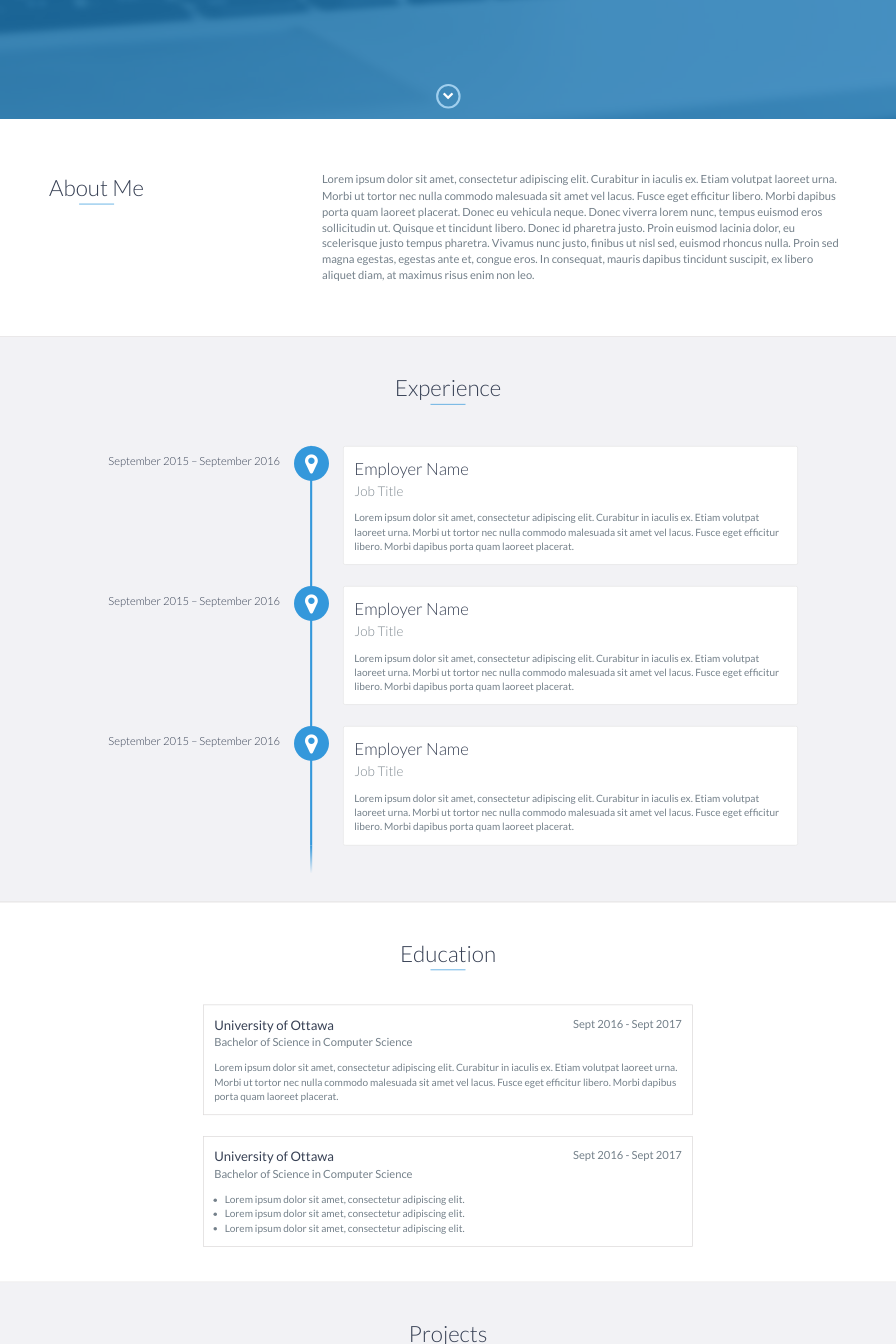
Repository: Legacy477/CS-499-Portfolio
Page: index.html
These files come from the project's save history. The page is drawn as it stood at one moment and after the next save; the edit follows.
The browser window is 1280 px wide. The pictures show the part of the page from y = 550 to 2470 px (the page is 4137 px tall before and 4053 px after), at 70% of full size.

Above is the page before, as saved 2025-05-25 19:27:54.

### index.html
<!DOCTYPE html>
<html class="no-js" lang="en">

<head>
    <meta charset="utf-8">
    <meta http-equiv="X-UA-Compatible" content="IE=edge">
    <meta name="viewport" content="width=device-width, initial-scale=1">
    <title>My Portfolio</title>
	<link rel="shortcut icon" href="favicon.ico" type="image/x-icon">
	<link rel="icon" href="favicon.ico" type="image/x-icon">
    <link href="https://fonts.googleapis.com/css?family=Lato:300,400,700,900" rel="stylesheet">
    <link rel="stylesheet" href="libs/font-awesome/css/font-awesome.min.css">
    <link href="css/bootstrap.min.css" rel="stylesheet">
    <link href="css/styles.css" rel="stylesheet">
</head>

<body>
    <div id="mobile-menu-open" class="shadow-large">
        <i class="fa fa-bars" aria-hidden="true"></i>
    </div>
    <!-- End #mobile-menu-toggle -->
    <header>
        <div id="mobile-menu-close">
            <span>Close</span> <i class="fa fa-times" aria-hidden="true"></i>
        </div>
        <ul id="menu" class="shadow">
            <li>
                <a href="#about">About</a>
            </li>
            <li>
                <a href="#experience">Experience</a>
            </li>
            <li>
                <a href="#education">Education</a>
            </li>
            <li>
                <a href="#projects">Projects</a>
            </li>
            <li>
                <a href="#skills">Skills</a>
            </li>
            <li>
                <a href="#contact">Contact</a>
            </li>
        </ul>
    </header>
    <!-- End header -->

    <div id="lead">
        <div id="lead-content">
            <h1>Brenden Choate</h1>
            <h2>Software Engineer</h2>
            <a href="#" class="btn-rounded-white">Download Resume</a>
        </div>
        <!-- End #lead-content -->

        <div id="lead-overlay"></div>

        <div id="lead-down">
            <span>
                <i class="fa fa-chevron-down" aria-hidden="true"></i>
            </span>
        </div>
        <!-- End #lead-down -->
    </div>
    <!-- End #lead -->

    <div id="about">
        <div class="container">
            <div class="row">
                <div class="col-md-4">
                    <h2 class="heading">About Me</h2>
                </div>
                <div class="col-md-8">
                    <p>
                        Lorem ipsum dolor sit amet, consectetur adipiscing elit. Curabitur in iaculis ex. Etiam volutpat laoreet urna. Morbi ut tortor nec nulla commodo malesuada sit amet vel lacus. Fusce eget efficitur libero. Morbi dapibus porta quam laoreet placerat. Donec
                        eu vehicula neque. Donec viverra lorem nunc, tempus euismod eros sollicitudin ut. Quisque et tincidunt libero. Donec id pharetra justo. Proin euismod lacinia dolor, eu scelerisque justo tempus pharetra. Vivamus nunc justo, finibus
                        ut nisl sed, euismod rhoncus nulla. Proin sed magna egestas, egestas ante et, congue eros. In consequat, mauris dapibus tincidunt suscipit, ex libero aliquet diam, at maximus risus enim non leo.
                    </p>
                </div>
            </div>
        </div>
    </div>
    <!-- End #about -->

    <div id="experience" class="background-alt">
        <h2 class="heading">Experience</h2>
        <div id="experience-timeline">
            <div data-date="September 2015 – September 2016">
                <h3>Employer Name</h3>
                <h4>Job Title</h4>
                <p>
                    Lorem ipsum dolor sit amet, consectetur adipiscing elit. Curabitur in iaculis ex. Etiam volutpat laoreet urna. Morbi ut tortor nec nulla commodo malesuada sit amet vel lacus. Fusce eget efficitur libero. Morbi dapibus porta quam laoreet placerat.
                </p>
            </div>

            <div data-date="September 2015 – September 2016">
                <h3>Employer Name</h3>
                <h4>Job Title</h4>
                <p>
                    Lorem ipsum dolor sit amet, consectetur adipiscing elit. Curabitur in iaculis ex. Etiam volutpat laoreet urna. Morbi ut tortor nec nulla commodo malesuada sit amet vel lacus. Fusce eget efficitur libero. Morbi dapibus porta quam laoreet placerat.
                </p>
            </div>

            <div data-date="September 2015 – September 2016">
                <h3>Employer Name</h3>
                <h4>Job Title</h4>
                <p>
                    Lorem ipsum dolor sit amet, consectetur adipiscing elit. Curabitur in iaculis ex. Etiam volutpat laoreet urna. Morbi ut tortor nec nulla commodo malesuada sit amet vel lacus. Fusce eget efficitur libero. Morbi dapibus porta quam laoreet placerat.
                </p>
            </div>
        </div>
    </div>
    <!-- End #experience -->

    <div id="education">
        <h2 class="heading">Education</h2>
        <div class="education-block">
            <h3>University of Ottawa</h3>
            <span class="education-date">Sept 2016 - Sept 2017</span>
            <h4>Bachelor of Science in Computer Science</h4>
            <p>
                Lorem ipsum dolor sit amet, consectetur adipiscing elit. Curabitur in iaculis ex. Etiam volutpat laoreet urna. Morbi ut tortor nec nulla commodo malesuada sit amet vel lacus. Fusce eget efficitur libero. Morbi dapibus porta quam laoreet placerat.
            </p>
        </div>
        <!-- End .education-block -->

        <div class="education-block">
            <h3>University of Ottawa</h3>
            <span class="education-date">Sept 2016 - Sept 2017</span>
            <h4>Bachelor of Science in Computer Science</h4>
            <ul>
                <li>
                    Lorem ipsum dolor sit amet, consectetur adipiscing elit.
                </li>
                <li>
                    Lorem ipsum dolor sit amet, consectetur adipiscing elit.
                </li>
                <li>
                    Lorem ipsum dolor sit amet, consectetur adipiscing elit.
                </li>
            </ul>
        </div>
        <!-- End .education-block -->
    </div>
    <!-- End #education -->

    <div id="projects" class="background-alt">
        <h2 class="heading">Projects</h2>
        <div class="container">
            <div class="row">
                <div class="project shadow-large">
                    <div class="project-image">
                        <img src="images/project.jpg" />
                    </div>
                    <!-- End .project-image -->
                    <div class="project-info">
                        <h3>Project Name Here</h3>
                        <p>
                            Lorem ipsum dolor sit amet, consectetur adipiscing elit. Curabitur in iaculis ex. Etiam volutpat laoreet urna. Morbi ut tortor nec nulla commodo malesuada sit amet vel lacus. Fusce eget efficitur libero. Morbi dapibus porta quam laoreet placerat.
                        </p>
                        <a href="#">View Project</a>
                    </div>
                    <!-- End .project-info -->
                </div>
                <!-- End .project -->

                <div class="project shadow-large">
                    <div class="project-image">
                        <img src="images/project.jpg" />
                    </div>
                    <!-- End .project-image -->
                    <div class="project-info">
                        <h3>Project Name Here</h3>
                        <p>
                            Lorem ipsum dolor sit amet, consectetur adipiscing elit. Curabitur in iaculis ex. Etiam volutpat laoreet urna. Morbi ut tortor nec nulla commodo malesuada sit amet vel lacus. Fusce eget efficitur libero. Morbi dapibus porta quam laoreet placerat.
                        </p>
                        <a href="#">View Project</a>
                    </div>
                    <!-- End .project-info -->
                </div>
                <!-- End .project -->
            </div>
        </div>
    </div>
    <!-- End #projects -->

    <div id="skills">
        <h2 class="heading">Skills</h2>
        <ul>
            <li>JavaScript</li>
            <li>Python</li>
            <li>Ruby</li>
            <li>Go</li>
            <li>Node.js</li>
            <li>AngularJs</li>
            <li>React</li>
            <li>Elixir</li>
            <li>Java</li>
            <li>C</li>
            <li>C#</li>
            <li>C++</li>
            <li>Ruby on Rails</li>
            <li>JavaScript</li>
            <li>Python</li>
            <li>Ruby</li>
            <li>Go</li>
            <li>Node.js</li>
            <li>AngularJs</li>
            <li>React</li>
            <li>Elixir</li>
            <li>Java</li>
            <li>C</li>
            <li>C#</li>
            <li>C++</li>
            <li>Ruby on Rails</li>
        </ul>
    </div>
    <!-- End #skills -->

    <div id="contact">
        <h2>Get in Touch</h2>
        <div id="contact-form">
            <form method="POST" action="https://formspree.io/email@email.com">
                <input type="hidden" name="_subject" value="Contact request from personal website" />
                <input type="email" name="_replyto" placeholder="Your email" required>
                <textarea name="message" placeholder="Your message" required></textarea>
                <button type="submit">Send</button>
            </form>
        </div>
        <!-- End #contact-form -->
    </div>
    <!-- End #contact -->

    <footer>
        <div class="container">
            <div class="row">
                <div class="col-sm-5 copyright">
                    <p>
                        Copyright &copy; <span id="current-year">2022</span> YOUR NAME
                    </p>
                </div>
                <div class="col-sm-2 top">
                    <span id="to-top">
                        <i class="fa fa-chevron-up" aria-hidden="true"></i>
                    </span>
                </div>
                <div class="col-sm-5 social">
                    <ul>
                        <li>
                            <a href="https://github.com/" target="_blank"><i class="fa fa-github" aria-hidden="true"></i></a>
                        </li>
                        <li>
                            <a href="https://stackoverflow.com/" target="_blank"><i class="fa fa-stack-overflow" aria-hidden="true"></i></a>
                        </li>
                        <li>
                            <a href="https://linkedin.com/" target="_blank"><i class="fa fa-linkedin" aria-hidden="true"></i></a>
                        </li>
                        <li>
                            <a href="https://www.facebook.com/" target="_blank"><i class="fa fa-facebook" aria-hidden="true"></i></a>
                        </li>
                        <li>
                            <a href="https://twitter.com/" target="_blank"><i class="fa fa-twitter" aria-hidden="true"></i></a>
                        </li>
                        <li>
                            <a href="https://plus.google.com/" target="_blank"><i class="fa fa-google-plus" aria-hidden="true"></i></a>
                        </li>
                    </ul>
                </div>
            </div>
        </div>
    </footer>
    <!-- End footer -->

    <script src="https://ajax.googleapis.com/ajax/libs/jquery/1.12.4/jquery.min.js"></script>
    <script src="js/scripts.min.js"></script>
</body>

</html>

Loaded but not shown: libs/font-awesome/css/font-awesome.min.css (library); css/bootstrap.min.css (library); css/styles.css (library); js/scripts.min.js (common file)

After the next save:
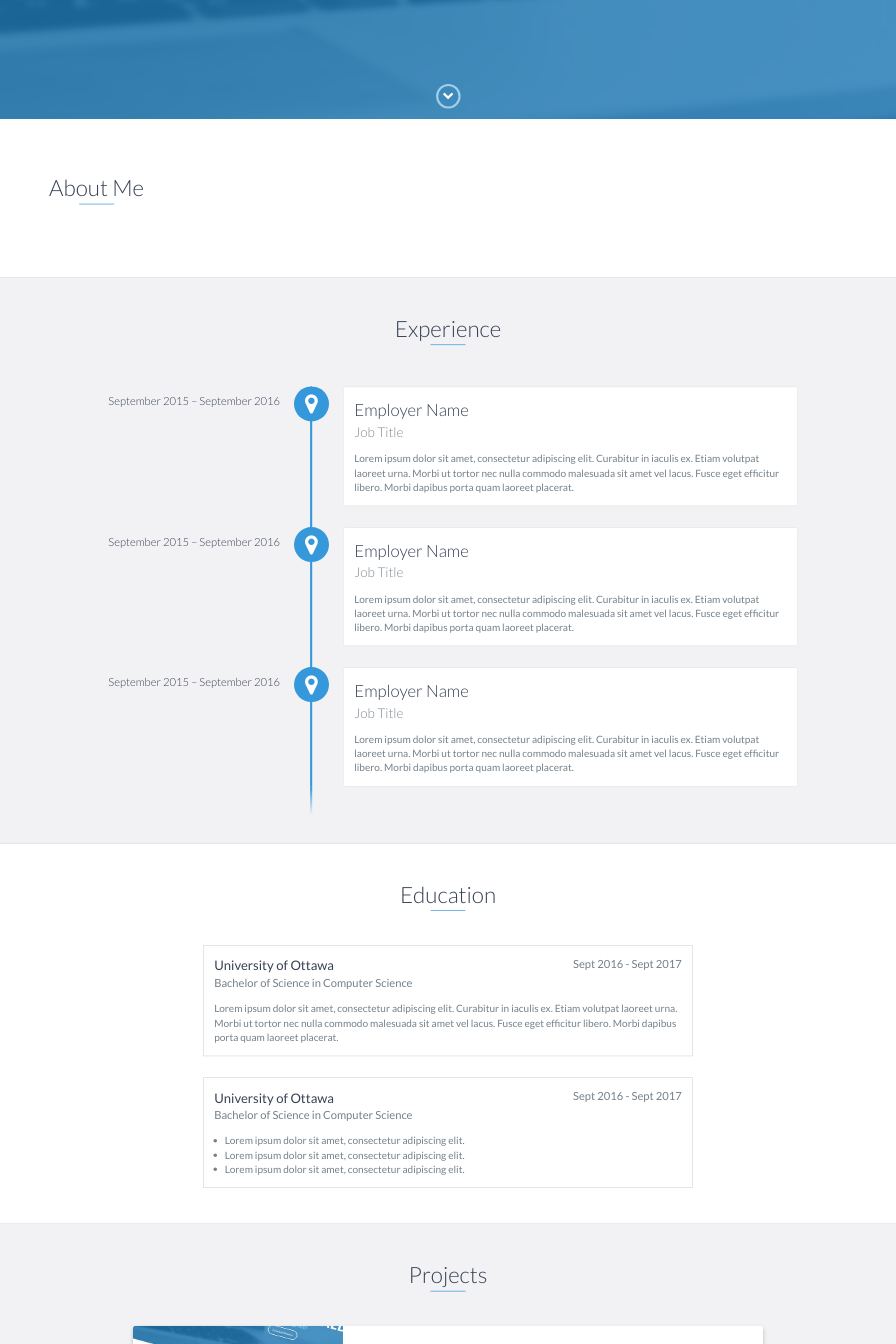
Saved 5 min 45 s later.
--- a/index.html
+++ b/index.html
@@ -73,9 +73,7 @@
                 </div>
                 <div class="col-md-8">
                     <p>
-                        Lorem ipsum dolor sit amet, consectetur adipiscing elit. Curabitur in iaculis ex. Etiam volutpat laoreet urna. Morbi ut tortor nec nulla commodo malesuada sit amet vel lacus. Fusce eget efficitur libero. Morbi dapibus porta quam laoreet placerat. Donec
-                        eu vehicula neque. Donec viverra lorem nunc, tempus euismod eros sollicitudin ut. Quisque et tincidunt libero. Donec id pharetra justo. Proin euismod lacinia dolor, eu scelerisque justo tempus pharetra. Vivamus nunc justo, finibus
-                        ut nisl sed, euismod rhoncus nulla. Proin sed magna egestas, egestas ante et, congue eros. In consequat, mauris dapibus tincidunt suscipit, ex libero aliquet diam, at maximus risus enim non leo.
+
                     </p>
                 </div>
             </div>
